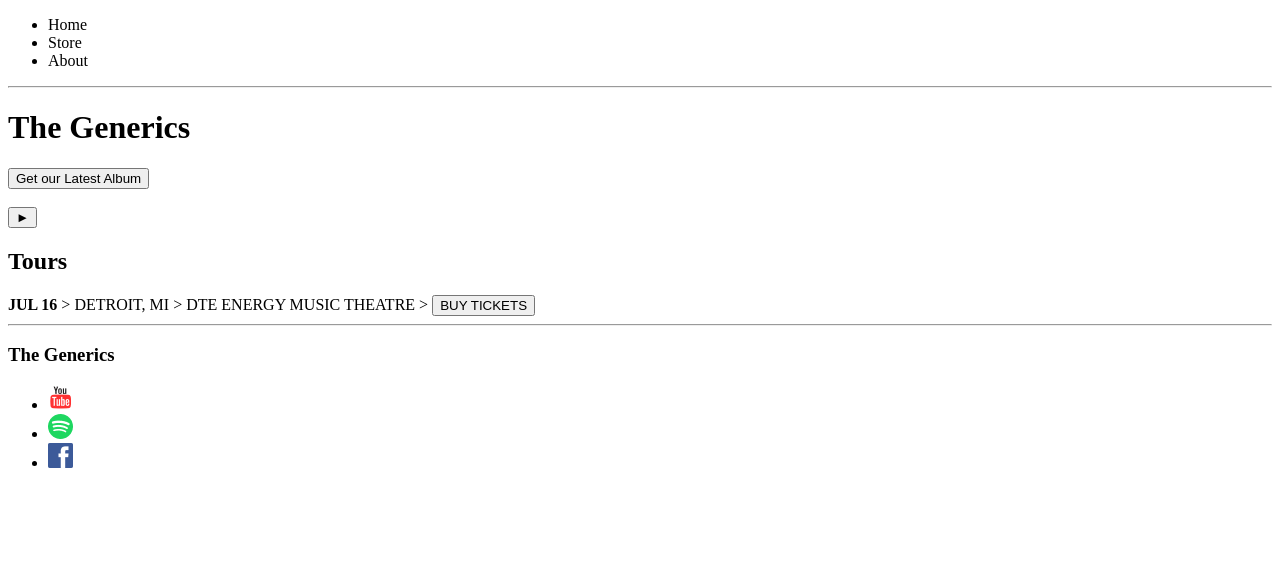
Repository: nazmulhaquep/WebDesign
Page: index.html
These files come from the project's save history. The page is drawn as it stood at one moment and after the next save; the edit follows.
The browser window is 1280 px wide. The pictures show the whole page.

Above is the page before, as saved 2023-11-22 12:30:03.

After the next save:
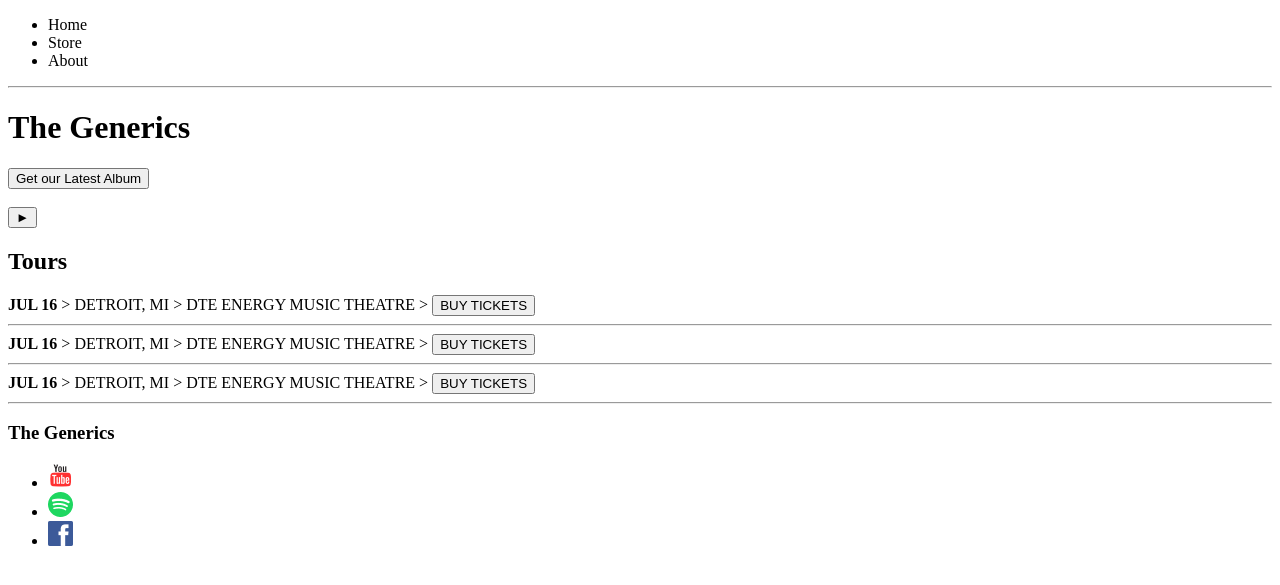
Saved 32 s later.
--- a/index.html
+++ b/index.html
@@ -35,6 +35,29 @@
                 <button type="button">BUY TICKETS </button>
                 <hr/>
             </div>
+
+            <div>
+                <strong>JUL 16</strong>
+                 &it;&gt;
+                <span>DETROIT, MI </span>
+                 &it;&gt;
+                <span>DTE ENERGY MUSIC THEATRE</span>
+                 &it;&gt;
+                <button type="button">BUY TICKETS </button>
+                <hr/>
+            </div>
+
+            <div>
+                <strong>JUL 16</strong>
+                 &it;&gt;
+                <span>DETROIT, MI </span>
+                 &it;&gt;
+                <span>DTE ENERGY MUSIC THEATRE</span>
+                 &it;&gt;
+                <button type="button">BUY TICKETS </button>
+                <hr/>
+            </div>
+
         </div>
     </section>
     <footer>
